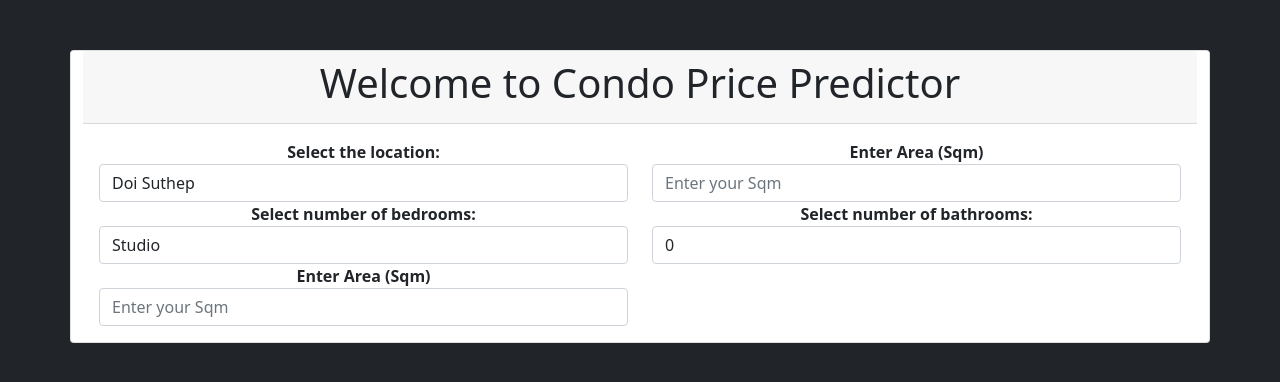
Repository: myothida/condoprice_CNX
Page: http://localhost/
An editor plug-in stored every save of this project. The page is shown before and after the next save, followed by the edit.
The browser window is 1280 px wide. The pictures show the whole page.
The page is served by the project's application, run on Flask 3 (main.py).

Above is the page before, as saved 2023-09-26 21:59:40.

### templates/index.html
<!DOCTYPE html>
<html lang="en">
  <head>
    <!-- Required meta tags -->
    <meta charset="utf-8" />
    <meta name="viewport" content="width=device-width, initial-scale=1" />

    <!-- Bootstrap CSS -->
    <link
      href="https://cdn.jsdelivr.net/npm/bootstrap@5.0.2/dist/css/bootstrap.min.css"
      rel="stylesheet"
      integrity="sha384-EVSTQN3/azprG1Anm3QDgpJLIm9Nao0Yz1ztcQTwFspd3yD65VohhpuuCOmLASjC"
      crossorigin="anonymous"
    />

    <title>Condo Price Predictor</title>
  </head>
  <body class="bg-dark">
    <div class="container">
      <div class="row">
        <div class="card" style="width: 100%; height: 100%; margin-top: 50px">
          <div class="card-header" style="text-align: center">
            <h1>Welcome to Condo Price Predictor</h1>
          </div>
          <div class="card-body">
            <form method="post" accept-charset="utf-8">
              <div class="row">
                <div class="col-md-6 form-group" style="text-align: center">
                  <label><b> Select the location: </b> </label>
                  <select
                    class="selectpicker form-control"
                    id="location"
                    name="location"
                    require="1"
                  >
                    <option>Doi Suthep</option>
                    <option>Faham</option>
                    <option>Muang</option>
                    <option>Nimman</option>
                    <option>Chang phueak</option>
                  </select>
                </div>

                <div class="col-md-6 form-group" style="text-align: center">
                  <label><b> Enter Area (Sqm) </b> </label>
                  <input
                    type="text"
                    class="form-control"
                    id="Area"
                    name="Area"
                    placeholder="Enter your Sqm"
                  />
                </div>
                <div class="col-md-6 form-group" style="text-align: center">
                  <label><b> Select number of bedrooms: </b> </label>
                  <select
                    class="selectpicker form-control"
                    id="bedrooms"
                    name="bedrooms"
                    require="1"
                  >
                    <option>Studio</option>
                    <option>1</option>
                    <option>2</option>
                    <option>3</option>
                  </select>
                </div>
                <div class="col-md-6 form-group" style="text-align: center">
                  <label><b> Select number of bathrooms: </b> </label>
                  <select
                    class="selectpicker form-control"
                    id="bathrooms"
                    name="bathrooms"
                    require="1"
                  >
                    <option>0</option>
                    <option>1</option>
                    <option>2</option>
                    <option>3</option>
                  </select>
                </div>
                <div class="col-md-6 form-group" style="text-align: center">
                  <label><b> Enter Area (Sqm) </b> </label>
                  <input
                    type="text"
                    class="form-control"
                    id="Area"
                    name="Area"
                    placeholder="Enter your Sqm"
                  />
                </div>
              </div>
            </form>
          </div>
        </div>
      </div>
    </div>
  </body>
</html>

<!-- Option 2: Separate Popper and Bootstrap JS -->

<script
  src="https://cdn.jsdelivr.net/npm/@popperjs/core@2.9.2/dist/umd/popper.min.js"
  integrity="sha384-IQsoLXl5PILFhosVNubq5LC7Qb9DXgDA9i+tQ8Zj3iwWAwPtgFTxbJ8NT4GN1R8p"
  crossorigin="anonymous"
></script>
<script
  src="https://cdn.jsdelivr.net/npm/bootstrap@5.0.2/dist/js/bootstrap.min.js"
  integrity="sha384-cVKIPhGWiC2Al4u+LWgxfKTRIcfu0JTxR+EQDz/bgldoEyl4H0zUF0QKbrJ0EcQF"
  crossorigin="anonymous"
></script>

### main.py
from flask import Flask, render_template, request

app = Flask(__name__)


@app.route('/')
def index():
    return render_template('index.html')


if __name__ == "__main__":
    app.run(debug=True, port=5001)

After the next save:
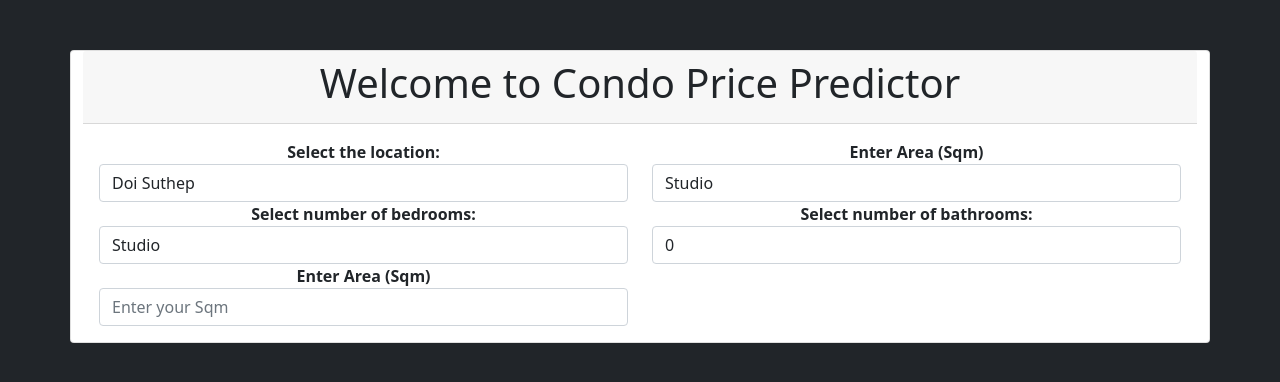
Saved 50 s later.
--- a/templates/index.html
+++ b/templates/index.html
@@ -43,13 +43,17 @@
 
                 <div class="col-md-6 form-group" style="text-align: center">
                   <label><b> Enter Area (Sqm) </b> </label>
-                  <input
-                    type="text"
-                    class="form-control"
-                    id="Area"
-                    name="Area"
-                    placeholder="Enter your Sqm"
-                  />
+                  <select
+                    class="selectpicker form-control"
+                    id="bedrooms"
+                    name="bedrooms"
+                    require="1"
+                  >
+                    <option>Studio</option>
+                    <option>1</option>
+                    <option>2</option>
+                    <option>3</option>
+                  </select>
                 </div>
                 <div class="col-md-6 form-group" style="text-align: center">
                   <label><b> Select number of bedrooms: </b> </label>
